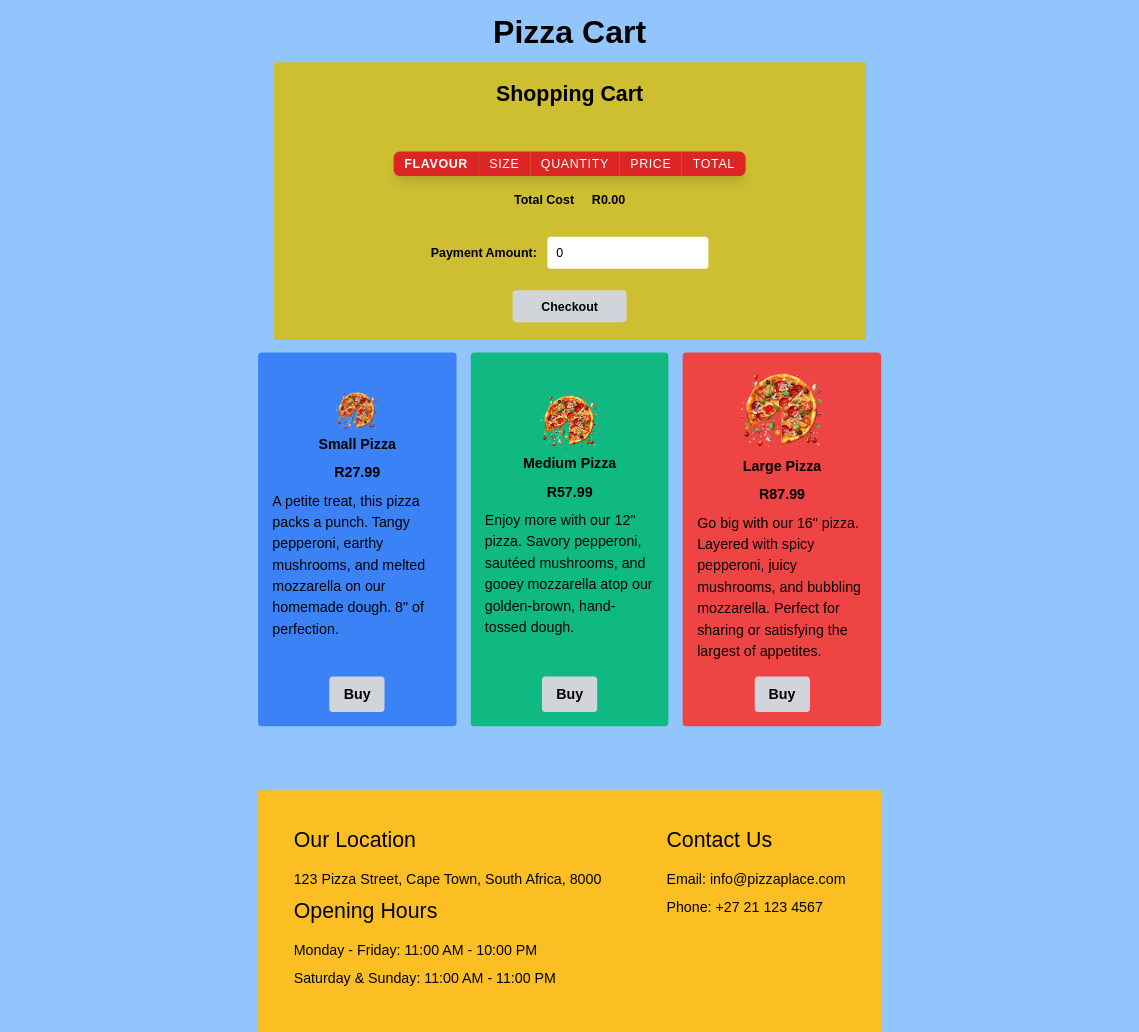
Repository: lasity34/pizza-cart-with-api
Page: index.html
An editor plug-in stored every save of this project. The page is shown before and after the next save, followed by the edit.
The browser window is 1280 px wide. The pictures show the whole page, at 89% of full size.
The page's requests for data from a server got no answer. Some web fonts or font styles are not loaded; a fallback is used. Some web libraries are served in a nearby version.

Above is the page before, as saved 2023-07-14 10:53:48.
Console error (its wording comes from the project's code and is left out).

After the next save:
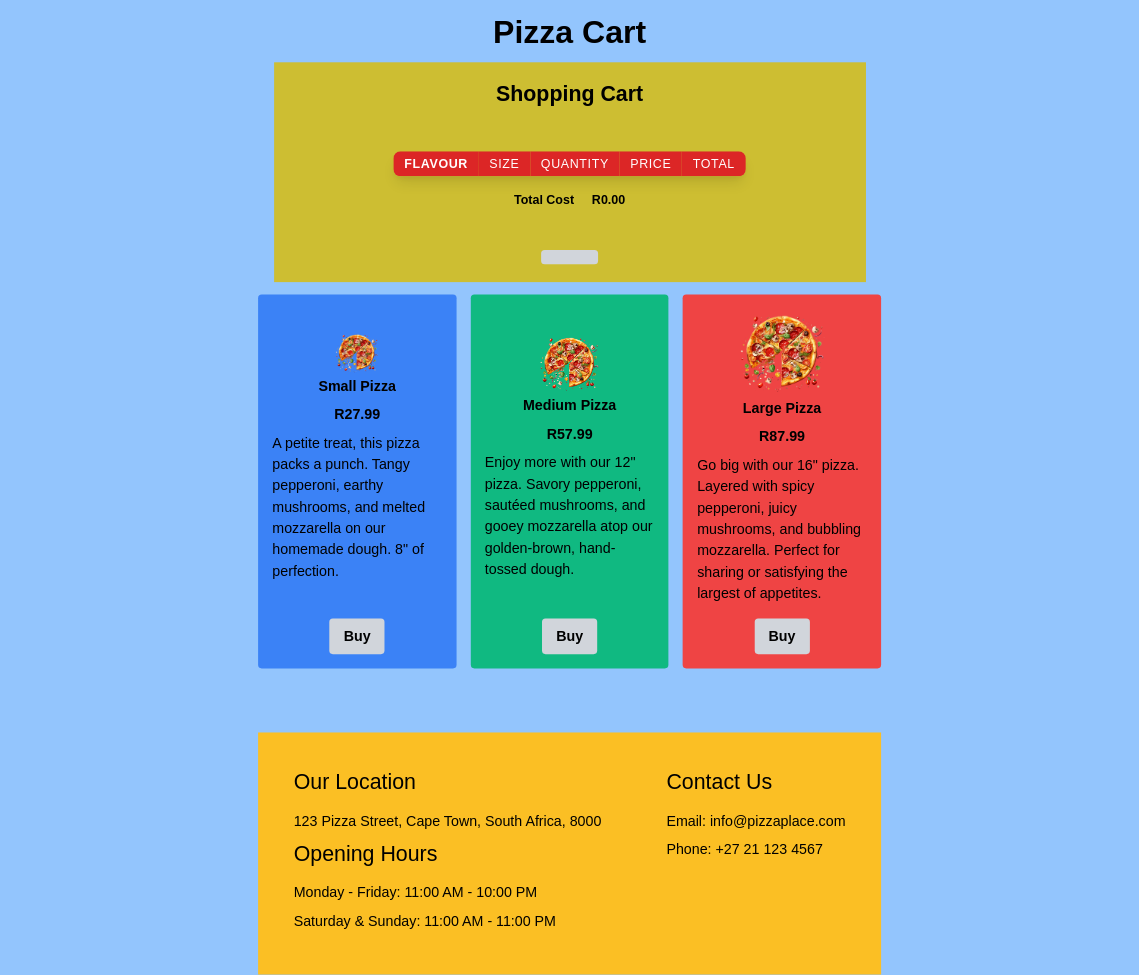
Saved 23 s later.
--- a/pizza.js
+++ b/pizza.js
@@ -20,76 +20,76 @@ function pizzaCart() {
     cartId: "jI0VaxiP9k",
     cartPizzas: [],
     cartTotal: 0.0,
-    increment(size) {
-      if (size === "small" && this.smallAdded) {
-        this.smallAmount++;
-      } else if (size === "medium" && this.mediumAdded) {
-        this.mediumAmount++;
-      } else if (size === "large" && this.largeAdded) {
-        this.largeAmount++;
-      }
-    },
-    buy(size) {
-      if (size === "small") {
-        this.smallAdded = true;
-        this.smallAmount++; // increment the small pizza count
-        this.message = "Small Pizza has been added";
-      } else if (size === "medium") {
-        this.mediumAdded = true;
-        this.mediumAmount++; // increment the medium pizza count
-        this.message = "Medium Pizza has been added";
-      } else if (size === "large") {
-        this.largeAdded = true;
-        this.largeAmount++; // increment the large pizza count
-        this.message = "Large Pizza has been added";
-      }
-      this.toggleModal();
-    },
-    decrement(size) {
-      if (size === "small" && this.smallAmount > 0 && this.smallAdded) {
-        this.smallAmount--;
-        if (this.smallAmount === 0) this.smallAdded = false;
-      }
-      if (size === "medium" && this.mediumAmount > 0 && this.mediumAdded) {
-        this.mediumAmount--;
-        if (this.mediumAmount === 0) this.mediumAdded = false;
-      }
-      if (size === "large" && this.largeAmount > 0 && this.largeAdded) {
-        this.largeAmount--;
-        if (this.largeAmount === 0) this.largeAdded = false;
-      }
-    },
-    total() {
-      return (
-        this.smallAmount * this.prices.small +
-        this.mediumAmount * this.prices.medium +
-        this.largeAmount * this.prices.large
-      );
-    },
-    paymentTotal() {
-      if (this.paymentAmount < this.total()) {
-        this.payMessage = `<p class='flex bg-red-600 text-white py-2 px-4 font-bold text-lg my-3 py-1'>R${(
-          this.total() - this.paymentAmount
-        ).toFixed(2)} is needed</p>`;
-        setTimeout(() => {
-          this.payMessage = "";
-        }, 2000);
-      } else if (this.paymentAmount > this.total()) {
-        this.payMessage = `<p class='flex bg-red-600 text-white py-2 px-4 font-bold text-lg my-3 py-1'>There is R${(
-          this.paymentAmount - this.total()
-        ).toFixed(2)} too much</p>`;
-        setTimeout(() => {
-          this.payMessage = "";
-        }, 2000);
-      } else if (this.paymentAmount == this.total() && this.total() !== 0) {
-        this.payMessage =
-          "<p class='flex bg-green-600 text-white py-2 px-4 font-bold text-lg my-3 py-1'>Enjoy your pizzas<p>";
-        this.reset();
-        setTimeout(() => {
-          this.payMessage = "";
-        }, 2000);
-      }
-    },
+    // increment(size) {
+    //   if (size === "small" && this.smallAdded) {
+    //     this.smallAmount++;
+    //   } else if (size === "medium" && this.mediumAdded) {
+    //     this.mediumAmount++;
+    //   } else if (size === "large" && this.largeAdded) {
+    //     this.largeAmount++;
+    //   }
+    // },
+    // buy(size) {
+    //   if (size === "small") {
+    //     this.smallAdded = true;
+    //     this.smallAmount++; // increment the small pizza count
+    //     this.message = "Small Pizza has been added";
+    //   } else if (size === "medium") {
+    //     this.mediumAdded = true;
+    //     this.mediumAmount++; // increment the medium pizza count
+    //     this.message = "Medium Pizza has been added";
+    //   } else if (size === "large") {
+    //     this.largeAdded = true;
+    //     this.largeAmount++; // increment the large pizza count
+    //     this.message = "Large Pizza has been added";
+    //   }
+    //   this.toggleModal();
+    // },
+    // decrement(size) {
+    //   if (size === "small" && this.smallAmount > 0 && this.smallAdded) {
+    //     this.smallAmount--;
+    //     if (this.smallAmount === 0) this.smallAdded = false;
+    //   }
+    //   if (size === "medium" && this.mediumAmount > 0 && this.mediumAdded) {
+    //     this.mediumAmount--;
+    //     if (this.mediumAmount === 0) this.mediumAdded = false;
+    //   }
+    //   if (size === "large" && this.largeAmount > 0 && this.largeAdded) {
+    //     this.largeAmount--;
+    //     if (this.largeAmount === 0) this.largeAdded = false;
+    //   }
+    // },
+    // total() {
+    //   return (
+    //     this.smallAmount * this.prices.small +
+    //     this.mediumAmount * this.prices.medium +
+    //     this.largeAmount * this.prices.large
+    //   );
+    // },
+    // paymentTotal() {
+    //   if (this.paymentAmount < this.total()) {
+    //     this.payMessage = `<p class='flex bg-red-600 text-white py-2 px-4 font-bold text-lg my-3 py-1'>R${(
+    //       this.total() - this.paymentAmount
+    //     ).toFixed(2)} is needed</p>`;
+    //     setTimeout(() => {
+    //       this.payMessage = "";
+    //     }, 2000);
+    //   } else if (this.paymentAmount > this.total()) {
+    //     this.payMessage = `<p class='flex bg-red-600 text-white py-2 px-4 font-bold text-lg my-3 py-1'>There is R${(
+    //       this.paymentAmount - this.total()
+    //     ).toFixed(2)} too much</p>`;
+    //     setTimeout(() => {
+    //       this.payMessage = "";
+    //     }, 2000);
+    //   } else if (this.paymentAmount == this.total() && this.total() !== 0) {
+    //     this.payMessage =
+    //       "<p class='flex bg-green-600 text-white py-2 px-4 font-bold text-lg my-3 py-1'>Enjoy your pizzas<p>";
+    //     this.reset();
+    //     setTimeout(() => {
+    //       this.payMessage = "";
+    //     }, 2000);
+    //   }
+    // },
     toggleModal() {
       this.show = !this.show;
       if (this.show) {
